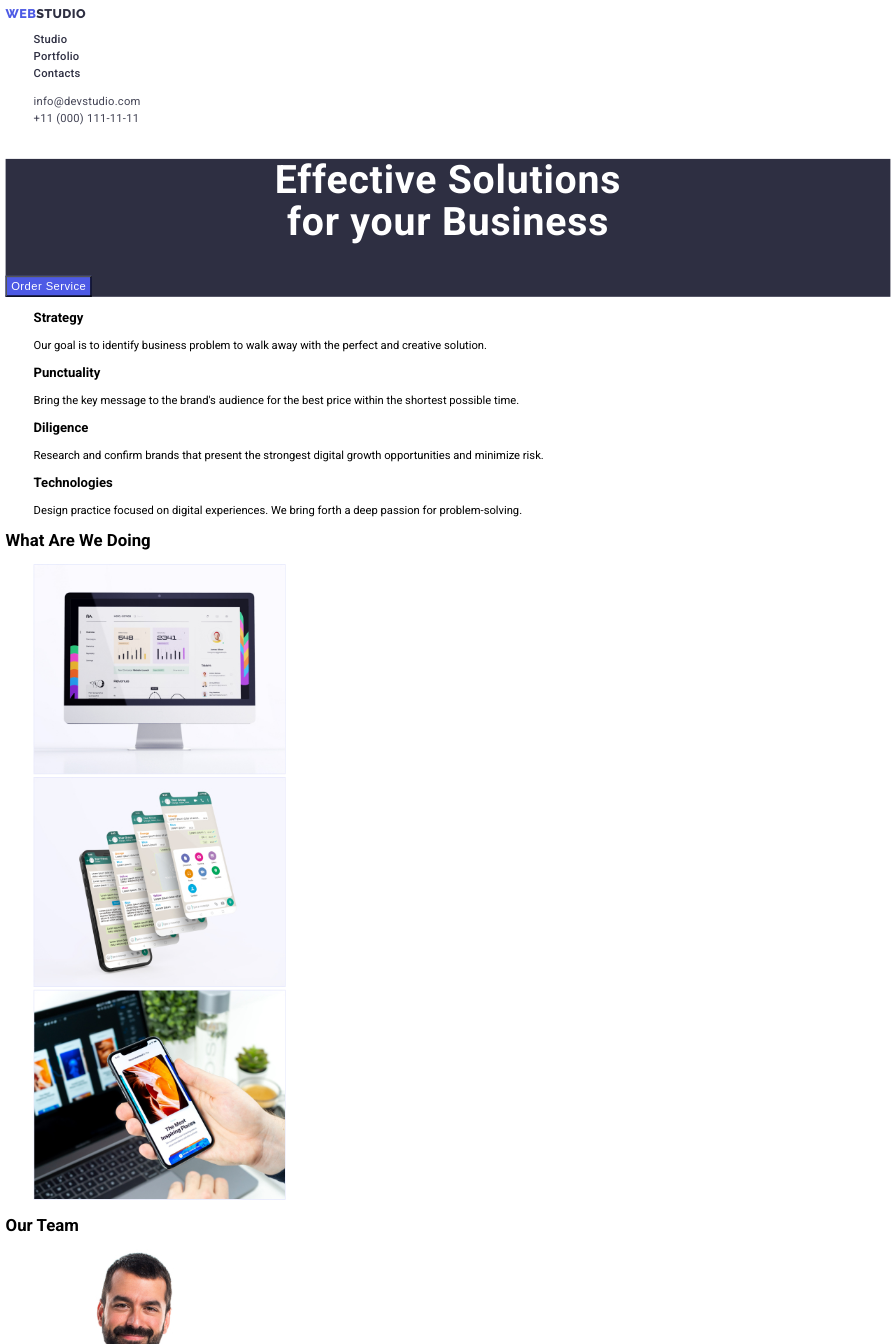
Repository: jandiman/goit-markup-hw-02
Page: index.html
The author's editor kept a copy of each file at every save. The page is drawn from the files as they stood at one save, then again after the next save.
The browser window is 1280 px wide. The pictures show the part of the page from y = 0 to 1920 px (the page is 3329 px tall before and 3347 px after), at 70% of full size.

Above is the page before, as saved 2023-07-07 09:24:35.

After the next save:
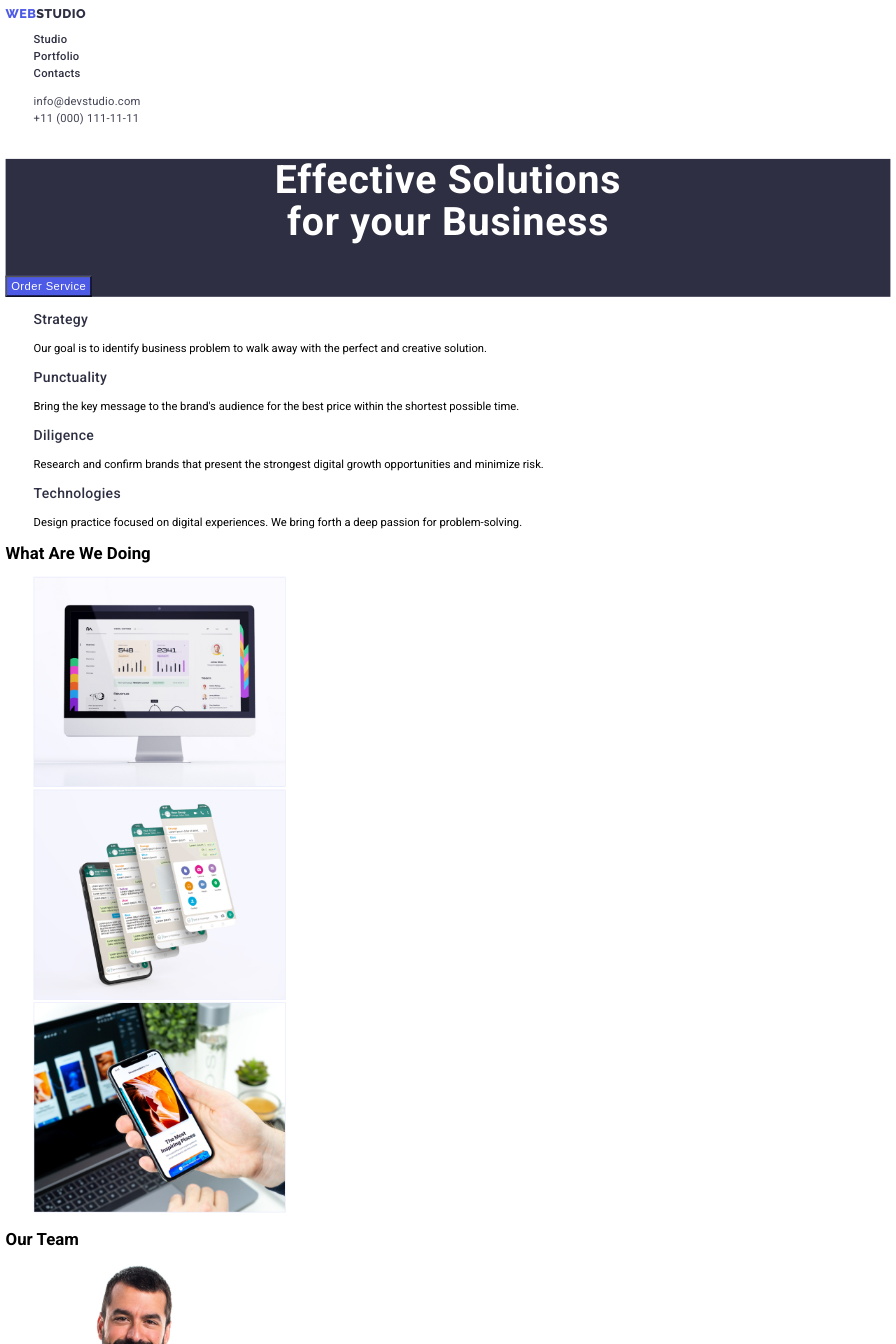
Saved 2 min 30 s later.
--- a/css/styles.css
+++ b/css/styles.css
@@ -97,3 +97,12 @@
   line-height: 24px;
   letter-spacing: 0.64px;
 }
+
+.features-item-name {
+  color: var(--navyblue, #2e2f42);
+  font-size: 20px;
+  font-style: normal;
+  font-weight: 500;
+  line-height: 24px;
+  letter-spacing: 0.4px;
+}
